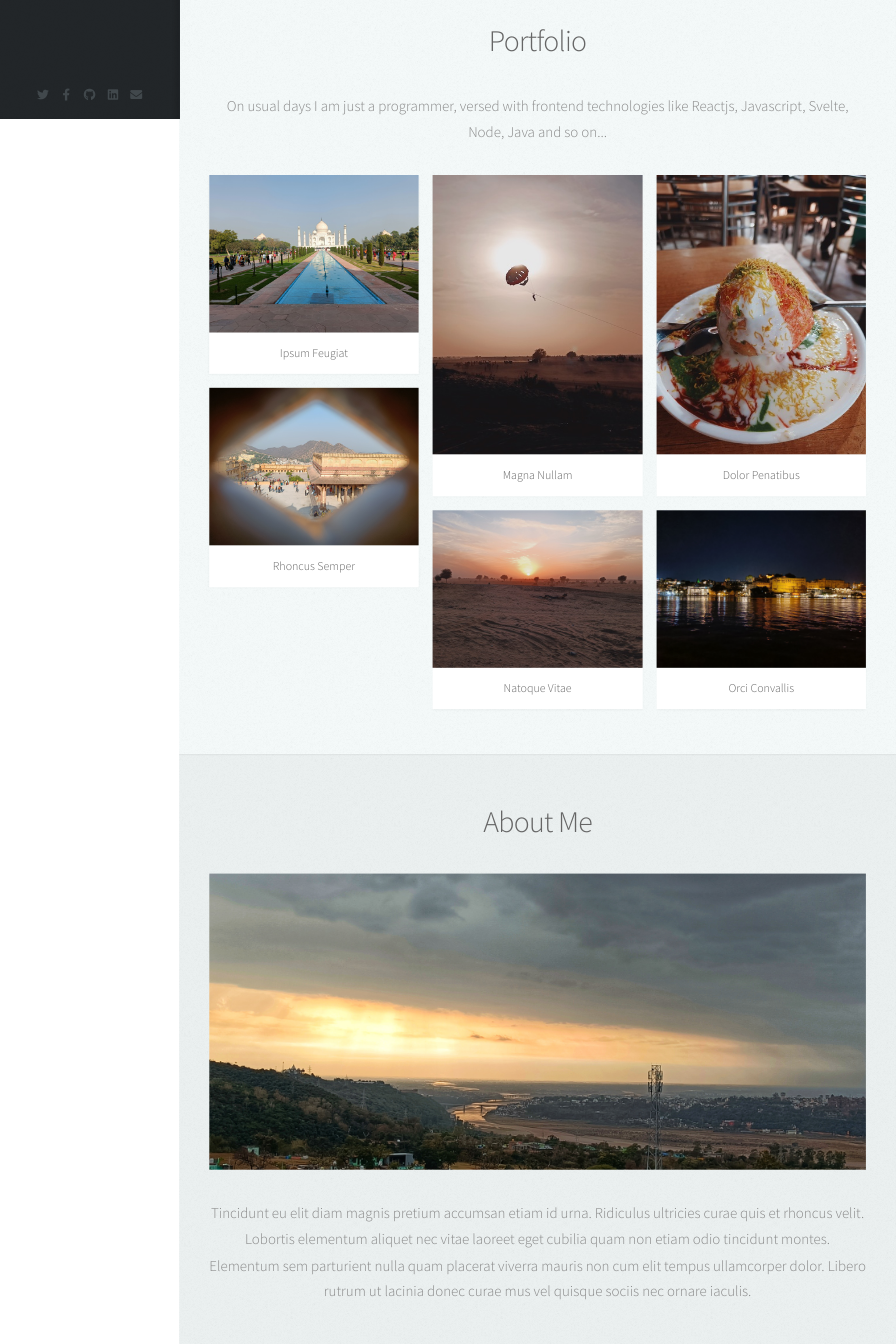
Repository: lovishchib/lovishchib.github.io
Page: index.html
These files come from the project's save history. The page is drawn as it stood at one moment and after the next save; the edit follows.
The browser window is 1280 px wide. The pictures show the part of the page from y = 550 to 2470 px (the page is 3535 px tall before and 3615 px after), at 70% of full size.

Above is the page before, as saved 2022-02-11 20:55:19.

After the next save:
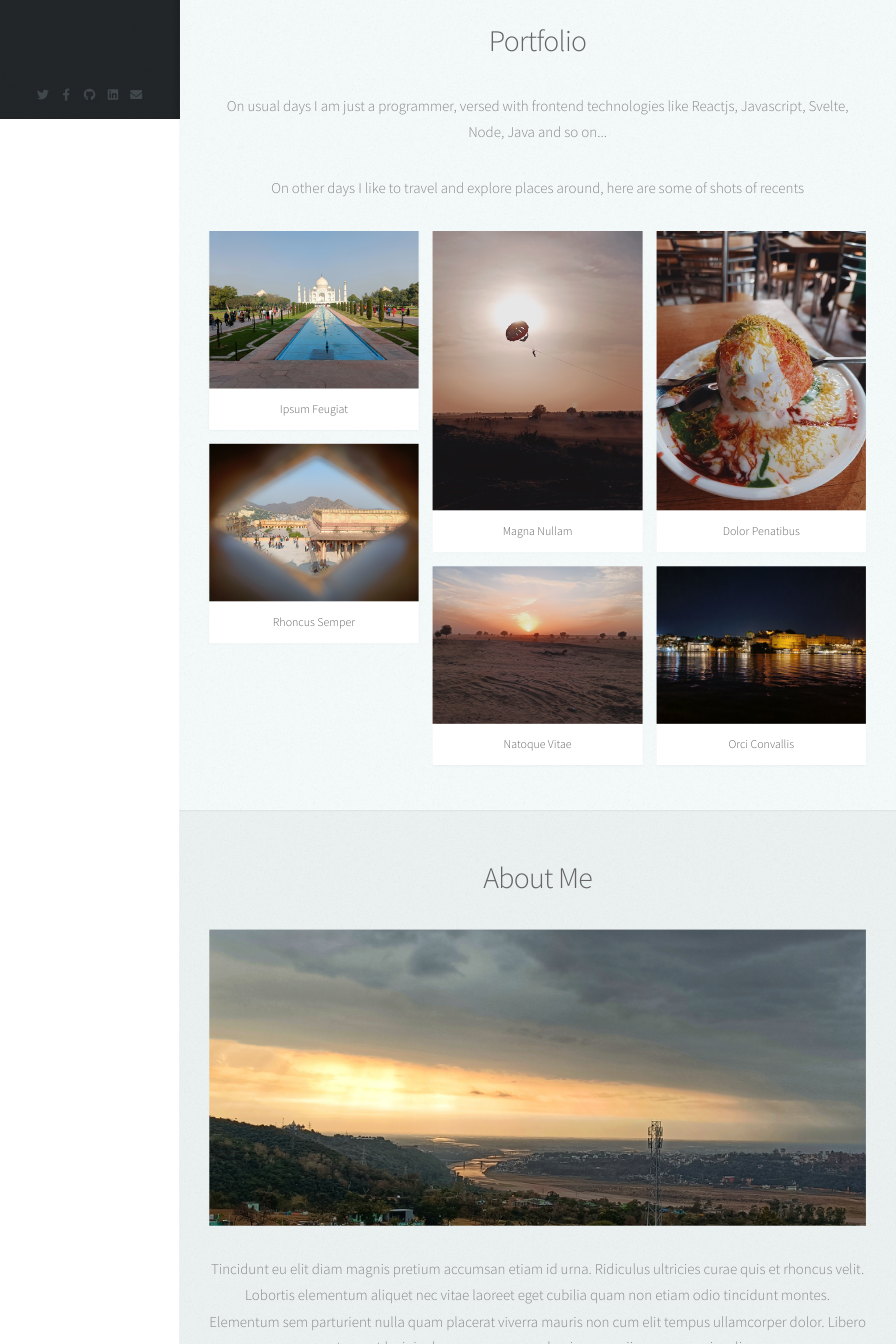
Saved 64 s later.
--- a/index.html
+++ b/index.html
@@ -81,6 +81,7 @@
 							</header>
 
 							<p>On usual days I am just a programmer, versed with frontend technologies like Reactjs, Javascript, Svelte, Node, Java and so on... </p>
+							<p>On other days I like to travel and explore places around, here are some of shots of recents</p>
 
 							<div class="row">
 								<div class="col-4 col-12-mobile">
